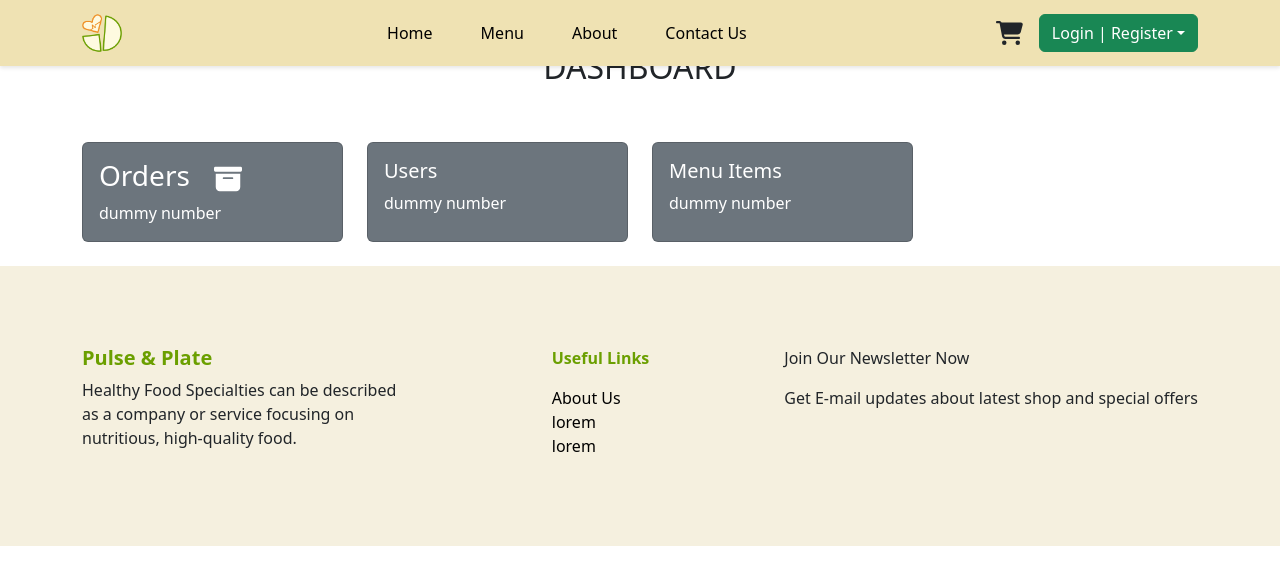
Repository: zeinawady/Pulse-and-Plate
Page: /dashboard
The author's editor kept a copy of each file at every save. The page is drawn from the files as they stood at one save, then again after the next save.
The browser window is 1280 px wide. The pictures show the whole page.
The project was rebuilt for these pictures with package versions that can differ from the ones it lists, and the page was loaded fresh each time. Also part of the build but not shown: src/components/Main/Main.css, src/components/Main/Main.js, src/components/Menu/MealCard.css, src/components/Menu/MealCard.js, src/components/Menu/Categories.css, src/components/Menu/Categories.js, src/components/Menu/Menu.css, src/components/Menu/Menu.js and 21 more.

Above is the page before, as saved 2025-05-15 18:50:47.

### public/index.html
<!DOCTYPE html>
<html lang="en">
  <head>
    <meta charset="utf-8" />
    <link rel="icon" href="%PUBLIC_URL%/images/logo-trans.png" />
    <meta name="viewport" content="width=device-width, initial-scale=1" />
    <meta name="theme-color" content="#000000" />
    <meta
      name="description"
      content="Web site created using create-react-app"
    />
    <link rel="apple-touch-icon" href="%PUBLIC_URL%/images/logo-trans.png" />
    <!--
      manifest.json provides metadata used when your web app is installed on a
      user's mobile device or desktop. See https://developers.google.com/web/fundamentals/web-app-manifest/
    -->
    <link rel="manifest" href="%PUBLIC_URL%/manifest.json" />
    <!--
      Notice the use of %PUBLIC_URL% in the tags above.
      It will be replaced with the URL of the `public` folder during the build.
      Only files inside the `public` folder can be referenced from the HTML.

      Unlike "/favicon.ico" or "favicon.ico", "%PUBLIC_URL%/favicon.ico" will
      work correctly both with client-side routing and a non-root public URL.
      Learn how to configure a non-root public URL by running `npm run build`.
    -->
    <title>Pulse And Plate</title>
  </head>
  <body>
    <noscript>You need to enable JavaScript to run this app.</noscript>
    <div id="root"></div>
    <!--
      This HTML file is a template.
      If you open it directly in the browser, you will see an empty page.

      You can add webfonts, meta tags, or analytics to this file.
      The build step will place the bundled scripts into the <body> tag.

      To begin the development, run `npm start` or `yarn start`.
      To create a production bundle, use `npm run build` or `yarn build`.
    -->
  </body>
</html>

### src/index.js
import React from 'react';
import ReactDOM from 'react-dom/client';
import './index.css';
import App from './App';
import reportWebVitals from './reportWebVitals';
import 'bootstrap/dist/css/bootstrap.min.css';
import '@fortawesome/fontawesome-free/css/all.min.css';
import 'bootstrap/dist/css/bootstrap.min.css';
import './fontAwesome';
import { BrowserRouter } from 'react-router-dom';

const root = ReactDOM.createRoot(document.getElementById('root'));
root.render(
  <React.StrictMode>
    <BrowserRouter>
      <App />
    </BrowserRouter>
  </React.StrictMode>
);

// If you want to start measuring performance in your app, pass a function
// to log results (for example: reportWebVitals(console.log))
// or send to an analytics endpoint. Learn more: https://bit.ly/CRA-vitals
reportWebVitals();

### src/App.js
import React from "react";
import "./App.css";
import Home from "./components/Home/Home";
import Footer from "./components/Footer/Footer";
import { Routes, Route } from "react-router-dom";

import Header from "./components/Header/Header";
import About from "./components/About/About";
import Menu from "./components/Menu/Menu";
import ContactUs from "./components/ContactUs/ContactUs";
import Login from "./components/Login/Login";
import SignUp from "./components/SignUp/SignUp";
import UserProfile from "./components/UserProfile/UserProfile";
import { UserProvider } from "./UserContext";
import ProductInfo from "./components/ProductInfo/ProductInfo";
import PaymentPage from "./components/PaymentPage/PaymentPage";
import AdminProfile from "./components/AdminProfile/AdminProfile";
import Dashboard from "./components/Dashboard/Dashboard";

function App() {
  return (
    <UserProvider>
      <div>
        <Header />
        <Routes>
          <Route path="/" element={<Home />} />
          <Route path="/home" element={<Home />} />
          <Route path="/about" element={<About />} />
          <Route path="/menu" element={<Menu />} />
          <Route path="/category" element={<Menu />} />
          <Route path="/login" element={<Login />} />
          <Route path="/register" element={<SignUp />} />
          <Route path="/userAccount" element={<UserProfile />} />
          <Route path="/contactus" element={<ContactUs />} />
          <Route path="/product-info" element={<ProductInfo />} />
          <Route path="/PaymentPage" element={<PaymentPage />} />
          <Route path="/admin-profile" element={<AdminProfile />} />
          <Route path="/dashboard" element={<Dashboard />} />
        </Routes>

        <Footer />
      </div>
    </UserProvider>
  );
}

export default App;

### src/fontAwesome.js
// src/fontAwesome.js
import { library } from '@fortawesome/fontawesome-svg-core';
import {
    faUser,
    faCartShopping,
    faHome,
    faEnvelope,
    faSearch,
    faConciergeBell,
     faPercent,
     faTruckFast,
     faCarrot,
    // Add any other icons you need here
} from '@fortawesome/free-solid-svg-icons';

// Add icons to the library
library.add(
    faUser,
    faCartShopping,
    faHome,
    faEnvelope,
    faSearch,
    faConciergeBell,
    faPercent,
    faTruckFast,
    faCarrot,

    // Add any other icons you need here
);

### src/App.css
@font-face {
  font-family: "Lato";
  src: url("../public/Fonts/Lato/Lato-Black.ttf") format("truetype");
}

:root {
  --primary-color: #6b9f00;
  --secondary-color: #ef9025;
  --light-color: hsl(47, 66%, 82%);
  --text-color: #000000;
  --font-family: "Lato", sans-serif;
  --sections-padding: 5rem;
}

body {
  margin: 0;
  padding: 0;
  border: none !important;
  outline: none !important;
  font-family: var(--font-family);
  font-weight: 500;
  -webkit-font-smoothing: antialiased;
  -moz-osx-font-smoothing: grayscale;
  background-color: #eee;

}
a{
  text-decoration: none;
}

### src/components/Footer/Footer.js
import "../../App";

import "./Footer.css";
import { Container } from "react-bootstrap";
import Button from "react-bootstrap/Button";
import { FontAwesomeIcon } from "@fortawesome/react-fontawesome";


export default function Footer() {
    return (
        <footer>
            <Container fluid="md">
            <div className="wrapper-footer">
                <div className="info">
                    <h5>Pulse & Plate</h5>
                    <p>Healthy Food Specialties can be described as a company or service focusing on nutritious, high-quality food. </p>
                </div>
                <div className="links">
                    <p >Useful Links</p>
                    <a href="#">About Us</a>
                    <a href="#">lorem</a>
                    <a href="#">lorem</a>
                </div>
                <div>
                    <p>Join Our Newsletter Now </p>
                    <p>Get E-mail updates about latest shop and special offers </p>
                </div>
            </div>
            </Container>
        </footer>
    );
}

### src/components/Header/Header.js
import React from 'react';
import './Header.css';
import '../../App';
import { Link, NavLink, useNavigate } from 'react-router-dom';
import { useUser } from "../../UserContext";

// React Bootstrap
import Container from 'react-bootstrap/Container';
import Nav from 'react-bootstrap/Nav';
import Navbar from 'react-bootstrap/Navbar';
import Dropdown from 'react-bootstrap/Dropdown';

// Font Awesome
import { FontAwesomeIcon } from '@fortawesome/react-fontawesome';
import { faCartShopping } from '@fortawesome/free-solid-svg-icons';

export default function Header() {
    const { user, setUser } = useUser();
    const navigate = useNavigate();

    const handleLogout = () => {
        navigate('/login');
        localStorage.removeItem("user");
        localStorage.removeItem("token");
        setUser(null);
    };

    return (
        <Navbar expand="md" className="fixed-top">
            <Container fluid="md">
                <Navbar.Brand as={Link} to="/home">
                    <img
                        src="/images/logo-trans.png"
                        width="40"
                        height="40"
                        className="d-inline-block align-top"
                        alt="React Bootstrap logo"
                    />
                </Navbar.Brand>

                <Navbar.Toggle aria-controls="basic-navbar-nav" />
                <Navbar.Collapse id="basic-navbar-nav">
                    <Nav className="me-auto ms-auto">
                        <Nav.Link as={NavLink} to="/home">Home</Nav.Link>
                        <Nav.Link as={NavLink} to="/menu">Menu</Nav.Link>
                        <Nav.Link as={NavLink} to="/about">About</Nav.Link>
                        <Nav.Link as={NavLink} to="/contactus">Contact Us</Nav.Link>
                    </Nav>

                    <div className="icons d-flex align-items-center gap-3">
                        <FontAwesomeIcon icon={faCartShopping} size="lg" />

                        <Dropdown align="end">
                            <Dropdown.Toggle variant="success" id="dropdown-user">
                                {user?.name ? user.name.split(" ")[0] : "Login | Register"}
                            </Dropdown.Toggle>

                            <Dropdown.Menu>
                                {user?.name ? (
                                    <>
                                        <Dropdown.Item as={Link} to="/userAccount">Profile</Dropdown.Item>
                                        <Dropdown.Item onClick={handleLogout}>Logout</Dropdown.Item>
                                    </>
                                ) : (
                                    <>
                                        <Dropdown.Item as={Link} to="/login">Login</Dropdown.Item>
                                        <Dropdown.Item as={Link} to="/register">Register</Dropdown.Item>
                                    </>
                                )}
                            </Dropdown.Menu>
                        </Dropdown>
                    </div>
                </Navbar.Collapse>
            </Container>
        </Navbar>
    );
}

### src/UserContext.jsx
import { createContext, useContext, useState } from 'react';

const UserContext = createContext();

export function UserProvider({ children }) {
  const [user, setUser] = useState(() => {
    const stored = localStorage.getItem('user');
    return stored ? JSON.parse(stored) : null;
  });

  const updateUser = (updatedUser) => {
    localStorage.setItem('user', JSON.stringify(updatedUser));
    setUser(updatedUser);
  };

  return (
    <UserContext.Provider value={{ user, setUser: updateUser }}>
      {children}
    </UserContext.Provider>
  );
}

export function useUser() {
    return useContext(UserContext);
}

### src/components/Dashboard/Dashboard.js
import React from "react";
import "../../App";
import "./Dashboard.css";
import { BsFillArchiveFill } from "react-icons/bs";
export default function Dashboard() {
  return (
    <div className="main-container container">
      <h2 className="text-center p-5">DASHBOARD</h2>

      <div className="row g-4 mb-4">
        <div className="col-md-3 col-sm-6">
          <div className="card text-white bg-secondary h-100">
            <div className="card-body">
              <div className="card-inner">
                <h3 className="card-title">
                  Orders
                  <span className="card_icon px-4">
                    <BsFillArchiveFill />
                  </span>
                </h3>
                dummy number
              </div>
            </div>
          </div>
        </div>
        <div className="col-md-3 col-sm-6">
          <div className="card text-white bg-secondary h-100">
            <div className="card-body">
              <h5 className="card-title">Users</h5>
              <p className="card-text">dummy number</p>
            </div>
          </div>
        </div>

        <div className="col-md-3 col-sm-6">
          <div className="card text-white bg-secondary h-100">
            <div className="card-body">
              <h5 className="card-title">Menu Items</h5>
              <p className="card-text">dummy number</p>
            </div>
          </div>
        </div>
      </div>
    </div>
  );
}

### src/components/Footer/Footer.css
footer{
    background-color: hsla(47, 53%, 90%, 0.822);
    padding-block-start: var(--sections-padding);
    padding-block-end: var(--sections-padding);
}
.wrapper-footer{
    display: flex;
    justify-content: space-between;

}
.wrapper-footer .info{
  width: 30%;

}
.wrapper-footer .info h5{
    color: var(--primary-color);
    font-weight: 700;
}
.links>p:first-child{
font-weight: 700;
color: var(--primary-color);

}
.links{
    display: flex;
    flex-direction: column;
}
.links a{
    text-decoration: none;
    color: var(--text-color);
}
@media (max-width: 767px) {
    .wrapper-footer{
       flex-direction: column;
    }
    .wrapper-footer .info{
        width: 100%;
      }

}

### src/components/Header/Header.css
.navbar {
    box-shadow: 0 2px 4px rgba(0, 0, 0, 0.1);
    /* background-color: rgba(254, 250, 225, 0.3);
     */
     background-color: var(--light-color);
     z-index: 100;
}

.navbar-nav .nav-link,
.dropdown-menu .dropdown-item {
    color: var(--text-color);
}


/* * --> all children */
.navbar .nav-link {
    padding: 0 1.5rem !important;
    text-align: center;
}

@media (max-width: 767px) {
    .navbar .nav-link {
        padding: 0.5rem 0 !important;
    }

    .icons>svg {
        padding-top: 0.5rem;
        margin: auto;
        font-size: 1.25rem;
    }
}

.icons {
    display: flex;
    gap: 1.5rem;
}

.icons svg {
    font-size: 1.5rem;
}

.navbar-toggler {
    border: none !important;
}

.navbar-toggler:focus {
    box-shadow: none !important;
}

@media (max-width: 767px) {

    /* .navbar .dropdown-menu {
                position: absolute !important;
                top: 80% !important;
                left: 35% !important;
                background-color: var(--light-color);
                right: 0;
                width: 100%;
                z-index: 1050;
            } */
    .navbar-nav {
        .dropdown-menu {
            width: 50%;
            margin: auto;
            text-align: center;
        }

        /* .dropdown-menu[data-bs-popper] {
            top: 100%;
            left: 50%;
            transform: translateX(-50%);
        } */

        /* .nav-item,
        .nav-link {
            text-align: center;
        } */
    }
}

@media (max-width: 441px) {
    .navbar-nav {
        .dropdown-menu {
            width: 35%;
        }
    }
}

### src/components/PaymentPage/PaymentPage.css
:root {
    --primary-color: #6b9f00;
    --secondary-color: #ef9025;
    --light-color: #efe2b3;
    --secondary-light-color: #FDFAE0;
    --text-color: #000000;
    --font-family: "Lato", sans-serif;
    --sections-padding: 5rem;
    --section-margin: 60px;
    /* This variable can be used or adjusted for header height */
}

body {
    margin: 0;
    padding: 0;
    border: none !important;
    outline: none !important;
    font-family: var(--font-family);
    font-weight: 500;
    -webkit-font-smoothing: antialiased;
    -moz-osx-font-smoothing: grayscale;
    background-color: #eee;
    color: var(--text-color);
}

.payment-page a {
    text-decoration: none;
    color: var(--primary-color);
}


/* Main container */
.payment-page.container {
    max-width: 960px;
    margin: 100px;
    padding: var(--sections-padding) 30px;
    background-color: var(--secondary-light-color);
    border-radius: 10px;
    box-shadow: 0 4px 15px rgba(107, 159, 0, 0.3);

}

/* Card style */
.payment-page .card {
    background: var(--light-color);
    border-radius: 12px;
    box-shadow: 0 6px 20px rgba(0, 0, 0, 0.1);
    padding: 30px;
    margin-bottom: 30px;
}

/* Card header */
.payment-page .card-header {
    font-weight: 700;
    font-size: 1.5rem;
    color: var(--primary-color);
    border-bottom: 3px solid var(--secondary-color);
    padding-bottom: 15px;
    margin-bottom: 25px;
}

/* Order Summary Items */
.payment-page .card-body>div.d-flex {
    font-size: 1.1rem;
    justify-content: space-between;
    padding: 8px 0;
    border-bottom: 1px solid var(--secondary-light-color);
}

.payment-page .card-body>hr+div {
    font-weight: 700;
    font-size: 1.25rem;
    color: var(--primary-color);
    padding-top: 10px;
}

/* Form headings */
.payment-page h4,
.payment-page h5 {
    color: var(--primary-color);
    margin-bottom: 20px;
    font-weight: 700;
}

/* Form labels */
.payment-page .form-label {
    font-weight: 600;
    color: var(--text-color);
}

/* Input fields */
.payment-page .form-control {
    border-radius: 8px;
    border: 2px solid var(--primary-color);
    padding: 10px 15px;
    font-family: var(--font-family);
    font-weight: 500;
    font-size: 1rem;
    transition: border-color 0.3s ease;
    color: var(--text-color);
    background-color: #fff;
}

.payment-page .form-control:focus {
    border-color: var(--secondary-color) !important;
    box-shadow: 0 0 8px var(--secondary-color) !important;
    outline: none;
}

/* Validation feedback */
.payment-page .is-invalid {
    border-color: #dc3545 !important;
}

.payment-page .is-invalid:focus {
    box-shadow: 0 0 8px rgba(220, 53, 69, 0.5);
}

.payment-page .invalid-feedback {
    font-size: 0.9rem;
    color: #dc3545;
    margin-top: 6px;
}

/* Radio buttons */
.payment-page .form-check-label {
    font-size: 1rem;
    color: var(--text-color);
}


.payment-page button:hover {
    background-color: var(--secondary-color);
}

/* Submit button - This existing style will override the general button style for submit buttons where properties differ */
.payment-page button[type="submit"] {
    background-color: var(--primary-color);
    /* This is fine, can be more specific if needed */
    border: none;
    color: white;
    font-weight: 700;
    /* Specific to submit */
    padding: 14px 32px;
    /* Specific to submit */
    border-radius: 8px;
    cursor: pointer;
    font-size: 1.1rem;
    /* Specific to submit */
    transition: background-color 0.3s ease;
    box-shadow: 0 5px 15px rgba(107, 159, 0, 0.2);
    /* Specific to submit */
}

.payment-page button[type="submit"]:hover {
    background-color: var(--secondary-color);
    box-shadow: 0 6px 20px rgba(239, 144, 37, 0.3);
    /* Specific to submit */
}

/* Responsive */
@media (max-width: 768px) {
    .payment-page.container {
        padding: 3rem 15px;
        margin-top: 60px;
        /* Adjusted margin for smaller screens if header is smaller or fixed differently */
    }

        .payment-page .row>div {
        margin-bottom: 25px;
    }
}

Loaded but not shown: src/index.css (common file); src/reportWebVitals.js (common file)

After the next save:
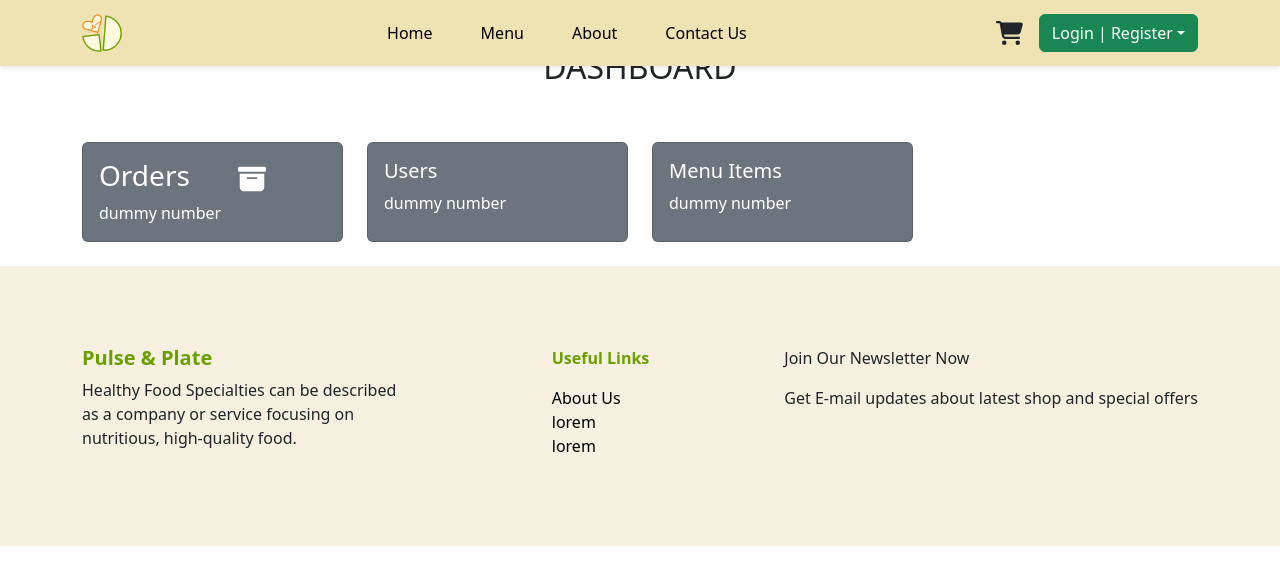
Saved 4 s later.
--- a/src/components/Dashboard/Dashboard.js
+++ b/src/components/Dashboard/Dashboard.js
@@ -14,7 +14,7 @@ export default function Dashboard() {
               <div className="card-inner">
                 <h3 className="card-title">
                   Orders
-                  <span className="card_icon px-4">
+                  <span className="card_icon px-5">
                     <BsFillArchiveFill />
                   </span>
                 </h3>
